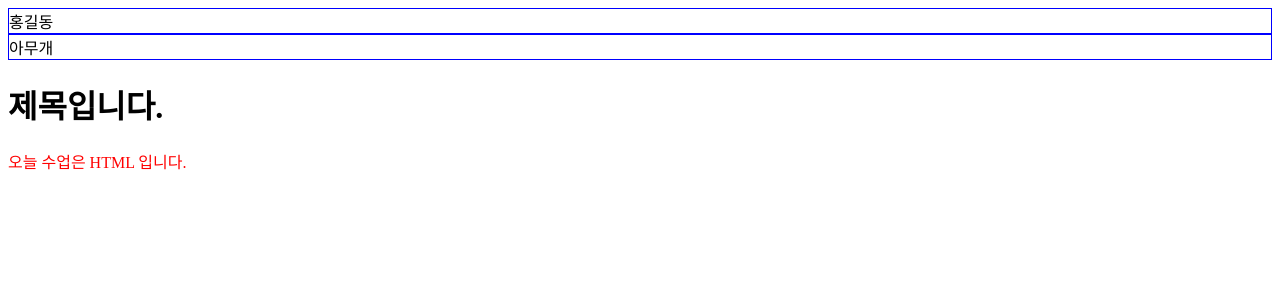
Repository: kmd192kmd/Web
Page: html/HtmlTest/src/main/webapp/ex03.html
These files come from the project's save history. The page is drawn as it stood at one moment and after the next save; the edit follows.
The browser window is 1280 px wide. The pictures show the whole page.

Above is the page before, as saved 2026-02-12 06:13:22.

### html/HtmlTest/src/main/webapp/ex03.html
<!DOCTYPE html>
<html>
<head>
<meta charset="UTF-8">
<title>Insert title here</title>
<style>
	div {border : 1px solid blue;}
</style>
</head>
<body>

	<!--

		HTML 수업 = XML 수업 > ML 언어

		HTML 구성 요소

		1. 태그(Tag), 요소(Element)
		2. 특성(Attribute)
		3. 텍스트(PCDATA)
		4. 주석(Comment)
		--------------------------------
		5. 선언문(Declaration)
		6. 엔티티(Entity)
		7. 외부 요소
		8. 등등..


		1. 태그(Tag), 요소(Element)
		- 명령어를 <>로 묶어 놓은 요소
		- HTML 문서에서 골격(뼈대)을 만드는 역할(레이아웃 생성) a
		- 데이터를 화면에 출력하는 역할 b
		- 각 태그마다 역할 부여 > 출력되는 결과 or 기능 or 의미가 다르다.




		요구사항] 학생 정보를 저장할 파일을 생성하시오.
		- 이름, 나이, 주소
		a. student.txt > CSV = 구조(O) + 의미(X)
		b. student.xml > 구조(O) + 의미(O)


	 -->

	 <div>홍길동</div>
	 <div>아무개</div>

	 <h1> 제목입니다.</h1>

	 <font color="red">오늘 수업은 HTML 입니다.</font>

</body>
</html>

After the next save:
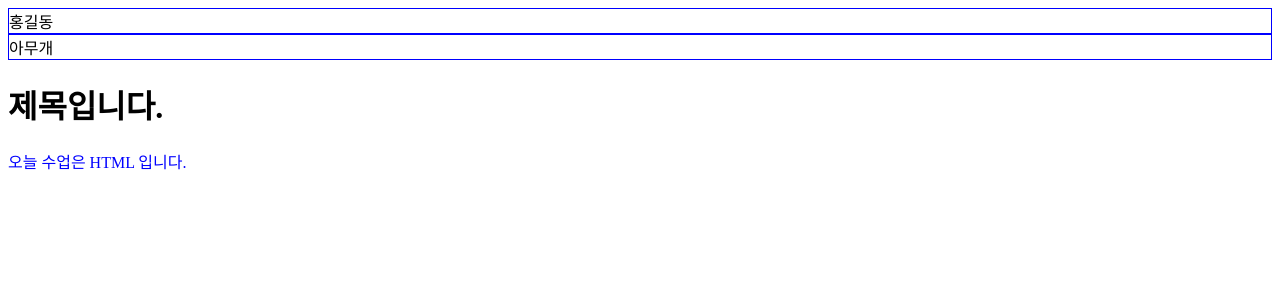
Saved 2 min 33 s later.
--- a/html/HtmlTest/src/main/webapp/ex03.html
+++ b/html/HtmlTest/src/main/webapp/ex03.html
@@ -48,7 +48,7 @@
 
 	 <h1> 제목입니다.</h1>
 
-	 <font color="red">오늘 수업은 HTML 입니다.</font>
+	 <font color="blue" face="궁서체">오늘 수업은 HTML 입니다.</font>
 
 </body>
 </html>
